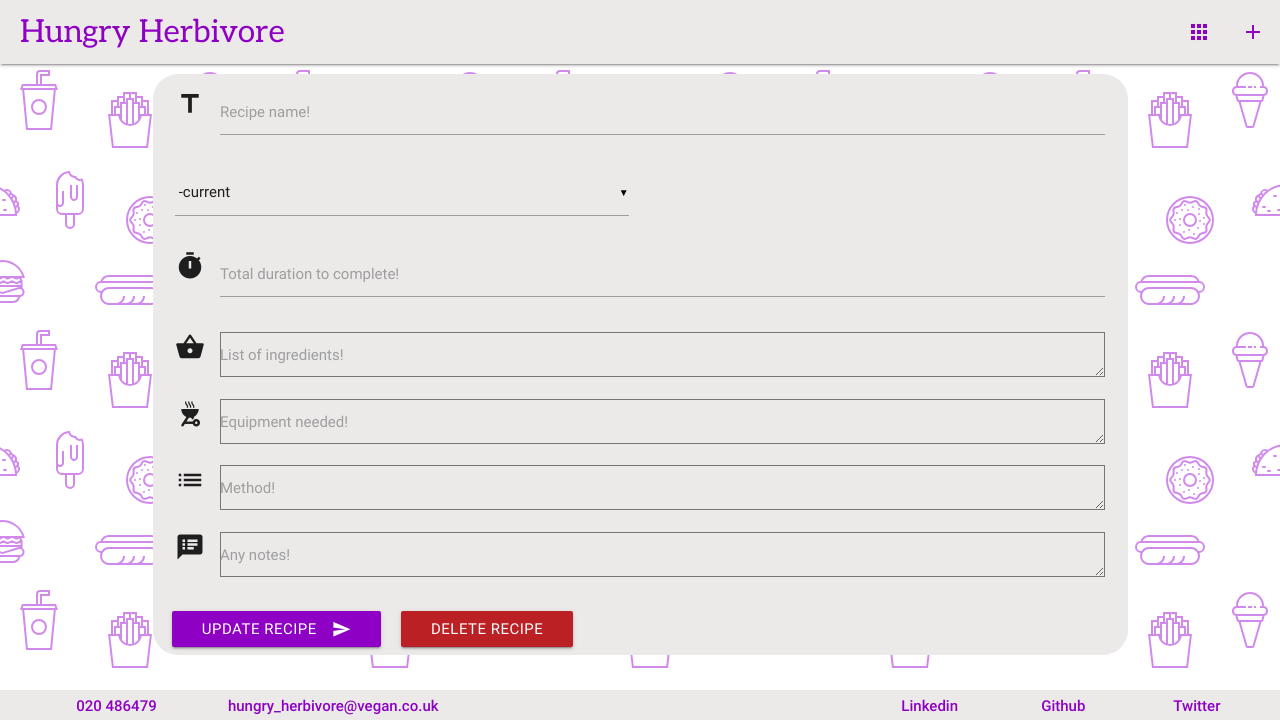
Repository: tgarratt/HungryHerbivore-Milestone3
Page: templates/modifyrecipe.html
The author's editor kept a record of every edit. The page is drawn from the files as they stood at one moment, then again after the next edit.
The browser window is 1280 px wide. The pictures show the whole page.
The template is drawn by Flask 3. The application's start-up code is not run. The template is opened directly, without the code that normally fills it, so the values that code supplies are empty.

Above is the page before.
Console error: TypeError: $(...).sidenav is not a function

After the next edit:
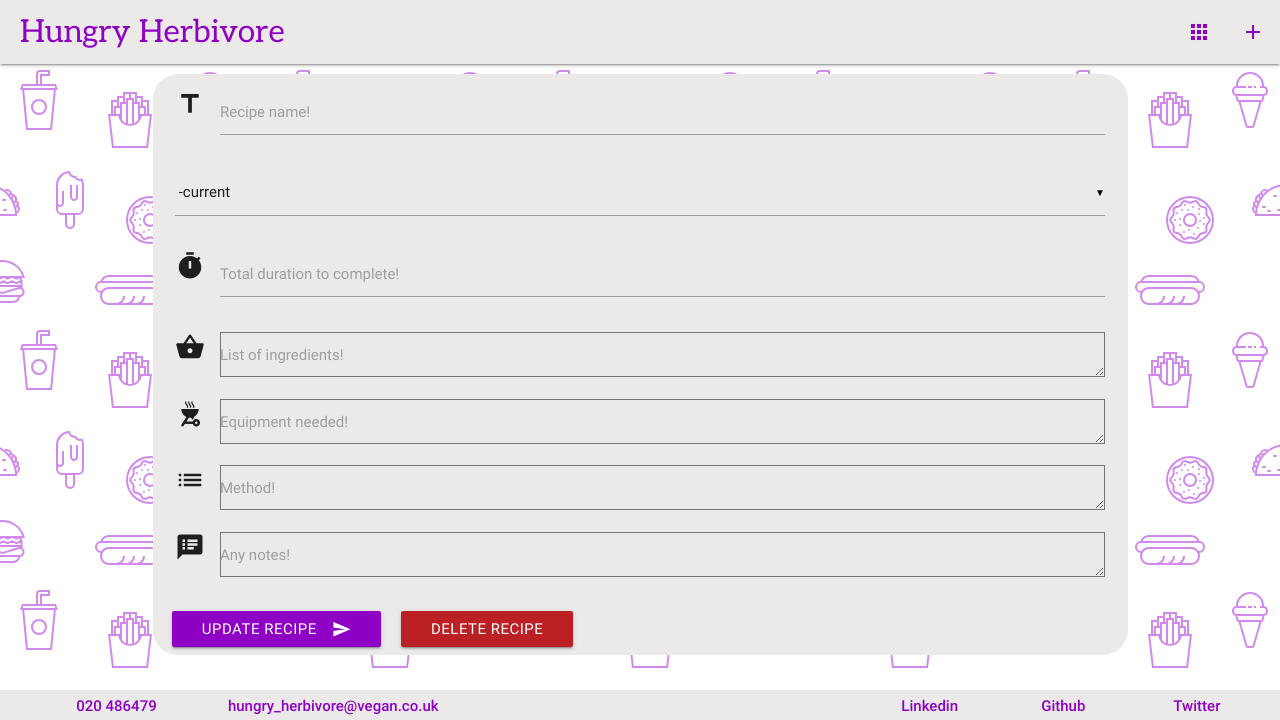
The edit:
--- a/templates/modifyrecipe.html
+++ b/templates/modifyrecipe.html
@@ -9,7 +9,7 @@
                     <label for="icon_prefix"> Recipe name!</label>
                 </div>
 
-                <div class="input-field col s6">
+                <div class="input-field col s6 m12 l12">
                     <select id="difficulty" name="difficulty" required>
                     <option value="{{recipe.difficulty}}">{{recipe.difficulty}} -current</option>
                     <option value="1">1</option>
